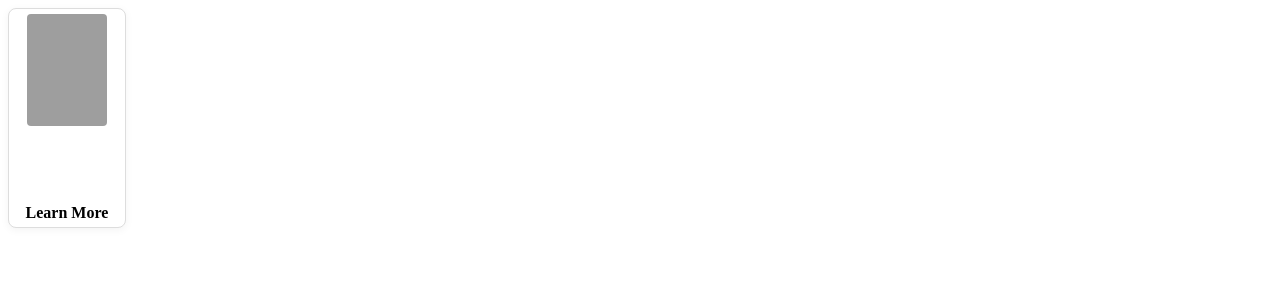
Repository: Micaelavalmores/BookCatalog
Page: /
An editor plug-in stored every save of this project. The page is shown before and after the next save, followed by the edit.
The browser window is 1280 px wide. The pictures show the whole page.
Pictures or frames that could not be fetched are drawn as grey boxes. The project was rebuilt for these pictures with package versions that can differ from the ones it lists, and the page was loaded fresh each time. Also part of the build but not shown: vite.config.js, src/index.css.

Above is the page before, as saved 2025-09-16 22:51:14.

After the next save:
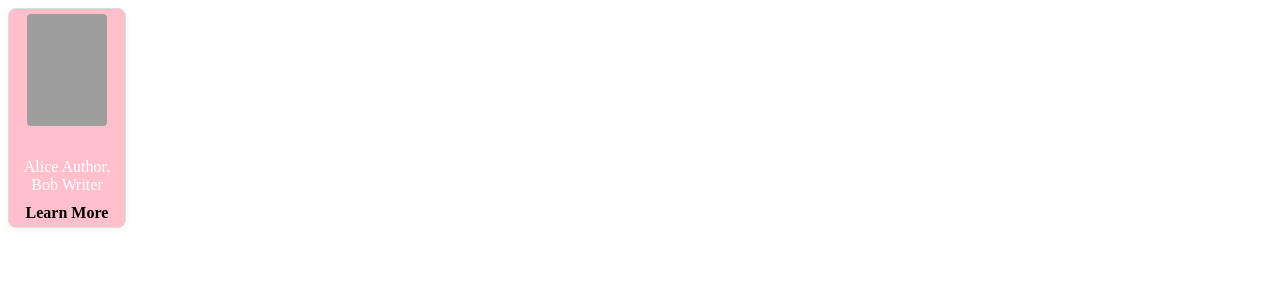
Saved 7 s later.
--- a/src/assets/book.css
+++ b/src/assets/book.css
@@ -8,6 +8,7 @@
     align-items: center;
     background: #fff;
     box-shadow: 0 2px 8px rgba(0,0,0,0.05);
+    background: pink;
   }
 
   .book-image {
